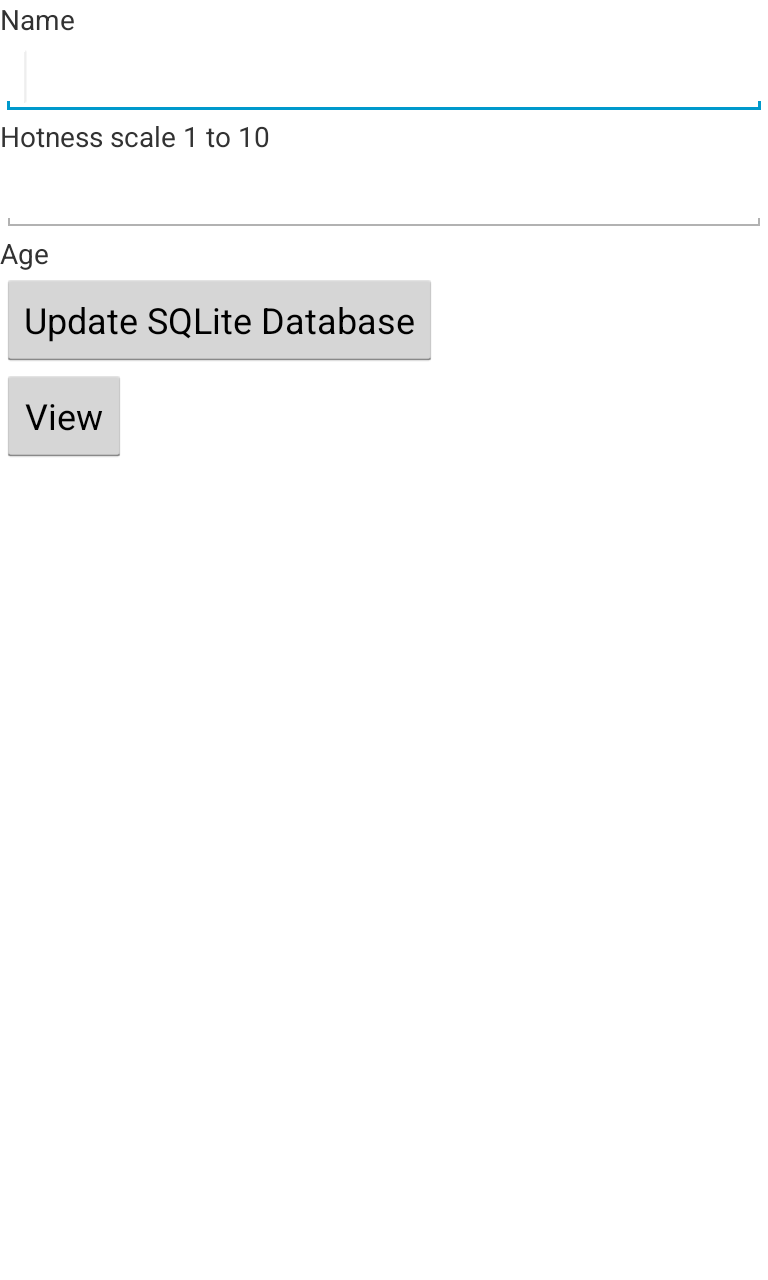
Repository: pcombi/android_dev
Layout: ExampleApp/res/layout/sqliteexample.xml
The author's editor kept a copy of each file at every save. The layout is drawn from the files as they stood at one save, then again after the next save.
It is drawn on a 768 x 1280 px phone screen (xhdpi) without system bars, with theme AppTheme; the app's code is not run.

Above is the layout before, as saved 2012-12-25 20:46:28.

### ExampleApp/res/layout/sqliteexample.xml
<?xml version="1.0" encoding="utf-8"?>
<LinearLayout xmlns:android="http://schemas.android.com/apk/res/android"
    android:layout_width="match_parent"
    android:layout_height="match_parent"
    android:orientation="vertical" >

    <TextView
        android:id="@+id/tvName"
        android:layout_width="wrap_content"
        android:layout_height="wrap_content"
        android:text="Name" />

    <EditText
        android:id="@+id/etName"
        android:layout_width="match_parent"
        android:layout_height="wrap_content"
        android:ems="10" >

        <requestFocus />
    </EditText>

    <TextView
        android:id="@+id/tvHotness"
        android:layout_width="wrap_content"
        android:layout_height="wrap_content"
        android:text="Hotness scale 1 to 10" />

    <EditText
        android:id="@+id/etHotness"
        android:layout_width="match_parent"
        android:layout_height="wrap_content"
        android:ems="10" />

    <TextView
        android:id="@+id/tvAge"
        android:layout_width="wrap_content"
        android:layout_height="wrap_content"
        android:text="Age" />

    <Button
        android:id="@+id/bUpdateSQL"
        android:layout_width="wrap_content"
        android:layout_height="wrap_content"
        android:text="Update SQLite Database" />

    <Button
        android:id="@+id/bView"
        android:layout_width="wrap_content"
        android:layout_height="wrap_content"
        android:text="View" />

</LinearLayout>

Loaded but not shown: ExampleApp/res/values/styles.xml (common file); ExampleApp/res/values-v11/styles.xml (common file); ExampleApp/res/values-v14/styles.xml (common file)

After the next save:
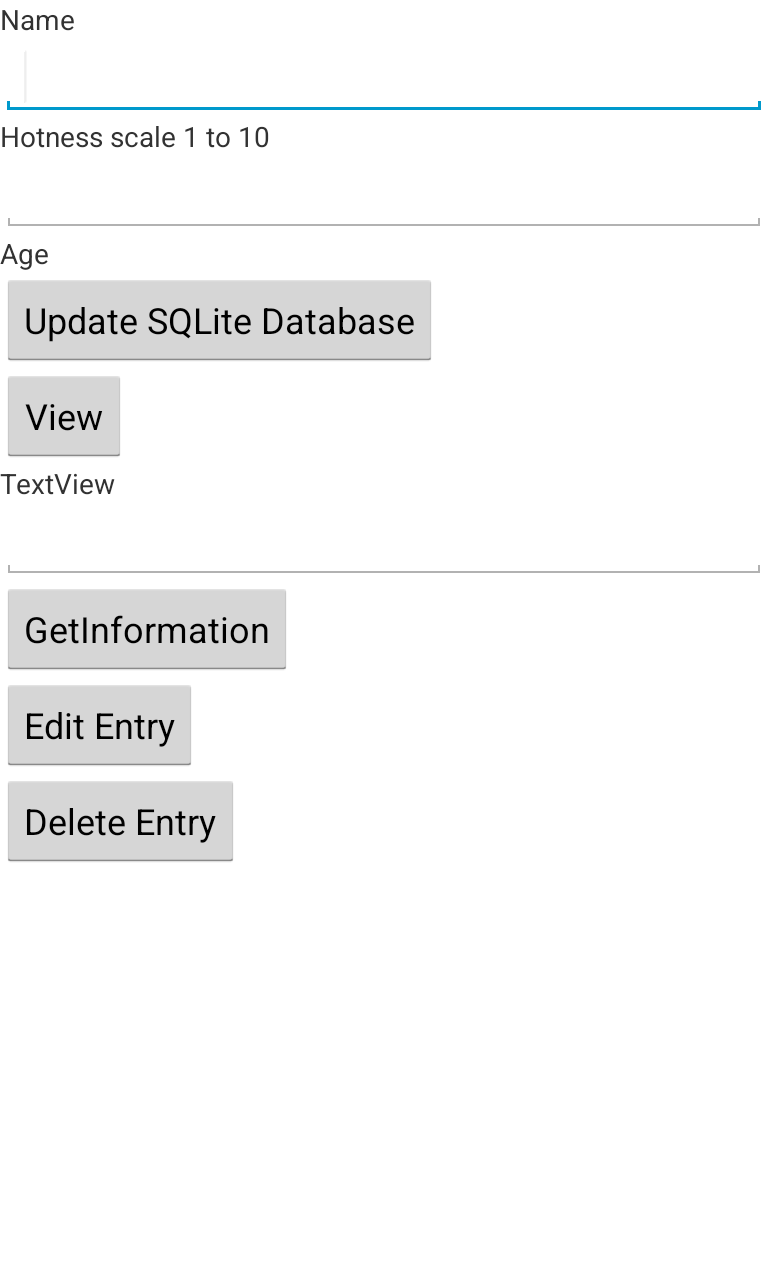
Saved 4 min 21 s later.
--- a/ExampleApp/res/layout/sqliteexample.xml
+++ b/ExampleApp/res/layout/sqliteexample.xml
@@ -49,4 +49,35 @@
         android:layout_height="wrap_content"
         android:text="View" />
 
+    <TextView
+        android:id="@+id/tvEnterRowId"
+        android:layout_width="wrap_content"
+        android:layout_height="wrap_content"
+        android:text="TextView" />
+
+    <EditText
+        android:id="@+id/etRowId"
+        android:layout_width="match_parent"
+        android:layout_height="wrap_content"
+        android:ems="10"
+        android:inputType="number" />
+
+    <Button
+        android:id="@+id/bGetInfo"
+        android:layout_width="wrap_content"
+        android:layout_height="wrap_content"
+        android:text="GetInformation" />
+
+    <Button
+        android:id="@+id/bEditEntry"
+        android:layout_width="wrap_content"
+        android:layout_height="wrap_content"
+        android:text="Edit Entry" />
+
+    <Button
+        android:id="@+id/bDeleteEntry"
+        android:layout_width="wrap_content"
+        android:layout_height="wrap_content"
+        android:text="Delete Entry" />
+
 </LinearLayout>
